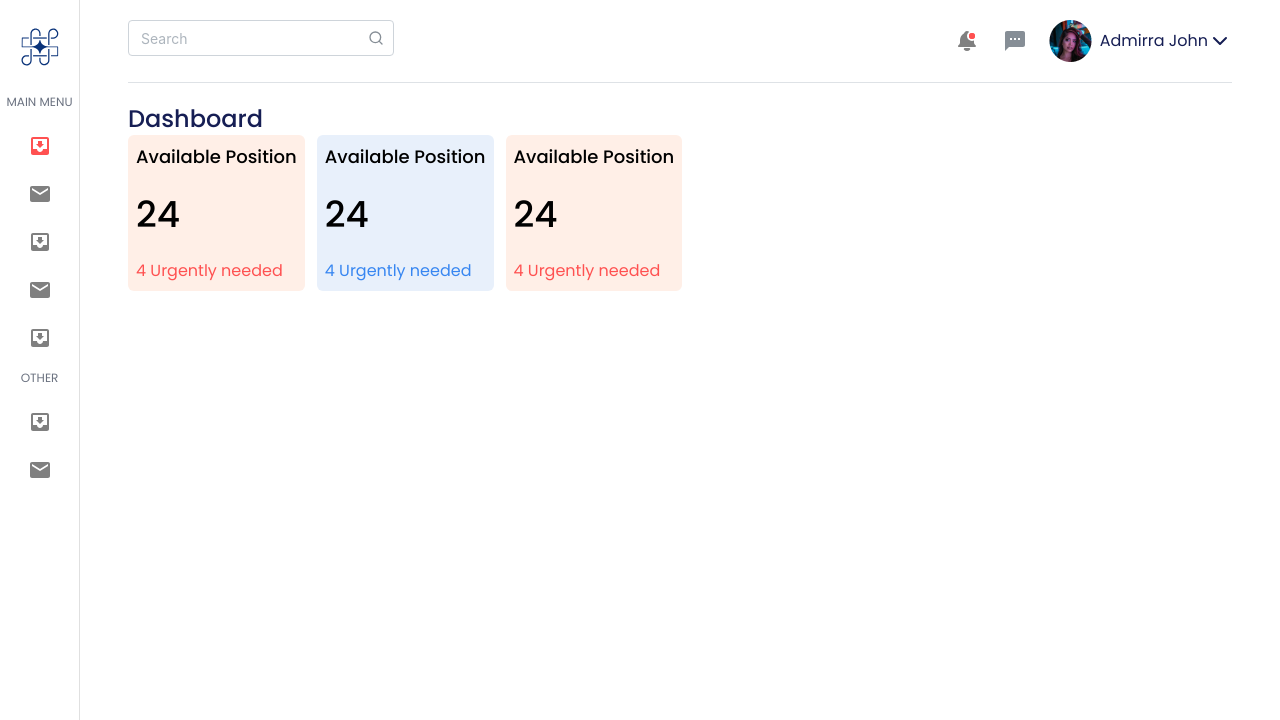
Repository: SatyaDewangan05/sample-dashboard
Page: /
An editor plug-in stored every save of this project. The page is shown before and after the next save, followed by the edit.
The browser window is 1280 px wide. The pictures show the whole page.
The project was rebuilt for these pictures with package versions that can differ from the ones it lists, and the page was loaded fresh each time. The framework's server and built-in components were replaced by stand-ins that run in the browser. Also part of the build but not shown: next.config.mjs.

Above is the page before, as saved 2024-09-21 23:58:05.

### src/app/layout.js
import localFont from "next/font/local";
import "./globals.css";
import { MantineProvider } from "@mantine/core";
import "@mantine/core/styles.css";

const geistSans = localFont({
  src: "./fonts/GeistVF.woff",
  variable: "--font-geist-sans",
  weight: "100 900",
});
const geistMono = localFont({
  src: "./fonts/GeistMonoVF.woff",
  variable: "--font-geist-mono",
  weight: "100 900",
});

import { Poppins } from "next/font/google";
const poppins = Poppins({
  weight: ["400", "500", "600", "700"], // You can choose different weights like '300', '500' etc.
  subsets: ["latin"],
});

export const metadata = {
  title: "Create Next App",
  description: "Generated by create next app",
};

export default function RootLayout({ children }) {
  return (
    <html lang="en">
      <body className={`${poppins.className} antialiased bg-white`}>
        <MantineProvider>{children}</MantineProvider>
      </body>
    </html>
  );
}

### src/app/page.jsx
import Image from "next/image";
import MiniDrawer from "./components/Drawer";
import {
  ActionIcon,
  Anchor,
  Avatar,
  Divider,
  Indicator,
  TextInput,
  Title,
} from "@mantine/core";
import { Search } from "lucide-react";
import {
  IconBellFilled,
  IconChevronCompactDown,
  IconChevronDown,
} from "@tabler/icons-react";
import TextsmsIcon from "@mui/icons-material/Textsms";
import DP from "@/images/dp.png";
import ThreeData from "./components/card/ThreeData";

export default function Home() {
  return (
    <div className="flex">
      <MiniDrawer />
      <div className="w-full px-12">
        {/* Top Bar */}
        <div className="w-full py-5 flex justify-between">
          <TextInput placeholder="Search" rightSection={<Search size={16} />} />
          <div className="flex items-center gap-5">
            <ActionIcon
              variant="transparent"
              color="gray"
              // c="black"
              aria-label="Settings"
            >
              <Indicator color="#FF5151" offset={7} withBorder>
                <IconBellFilled color="gray" />
              </Indicator>
            </ActionIcon>
            <ActionIcon
              variant="transparent"
              color="gray"
              // c="black"
              aria-label="Settings"
            >
              <TextsmsIcon color="gray" />
            </ActionIcon>
            <div className="flex gap-2 items-center">
              <Image src={DP} />
              <Anchor
                href="https://mantine.dev/"
                target="_blank"
                underline="never"
                c="#161E54"
              >
                <div className="flex items-center">
                  Admirra John
                  <IconChevronDown />
                </div>
              </Anchor>
            </div>
          </div>
        </div>
        <Divider />

        <div className="w-full py-5">
          <p className="text-2xl font-medium text-[#161E54]">Dashboard</p>
          <div className="flex gap-3">
            <ThreeData bgColor="#FFEFE7" textColor="#FF5151" />
            <ThreeData bgColor="#E8F0FB" textColor="#3786F1" />
            <ThreeData bgColor="#FFEFE7" textColor="#FF5151" />
          </div>
        </div>
      </div>
    </div>
  );
}

### src/app/globals.css
@tailwind base;
@tailwind components;
@tailwind utilities;

:root {
  --background: #ffffff;
  --foreground: #171717;
}

/* @media (prefers-color-scheme: dark) {
  :root {
    --background: #0a0a0a;
    --foreground: #ededed;
  }
} */

body {
  color: var(--foreground);
  background: var(--background);
  font-family: Arial, Helvetica, sans-serif;
}

@layer utilities {
  .text-balance {
    text-wrap: balance;
  }
}

@layer base {
  :root {
    --background: 0 0% 100%;
    --foreground: 0 0% 3.9%;
    --card: 0 0% 100%;
    --card-foreground: 0 0% 3.9%;
    --popover: 0 0% 100%;
    --popover-foreground: 0 0% 3.9%;
    --primary: 0 0% 9%;
    --primary-foreground: 0 0% 98%;
    --secondary: 0 0% 96.1%;
    --secondary-foreground: 0 0% 9%;
    --muted: 0 0% 96.1%;
    --muted-foreground: 0 0% 45.1%;
    --accent: 0 0% 96.1%;
    --accent-foreground: 0 0% 9%;
    --destructive: 0 84.2% 60.2%;
    --destructive-foreground: 0 0% 98%;
    --border: 0 0% 89.8%;
    --input: 0 0% 89.8%;
    --ring: 0 0% 3.9%;
    --chart-1: 12 76% 61%;
    --chart-2: 173 58% 39%;
    --chart-3: 197 37% 24%;
    --chart-4: 43 74% 66%;
    --chart-5: 27 87% 67%;
    --radius: 0.5rem;
  }
  .dark {
    --background: 0 0% 3.9%;
    --foreground: 0 0% 98%;
    --card: 0 0% 3.9%;
    --card-foreground: 0 0% 98%;
    --popover: 0 0% 3.9%;
    --popover-foreground: 0 0% 98%;
    --primary: 0 0% 98%;
    --primary-foreground: 0 0% 9%;
    --secondary: 0 0% 14.9%;
    --secondary-foreground: 0 0% 98%;
    --muted: 0 0% 14.9%;
    --muted-foreground: 0 0% 63.9%;
    --accent: 0 0% 14.9%;
    --accent-foreground: 0 0% 98%;
    --destructive: 0 62.8% 30.6%;
    --destructive-foreground: 0 0% 98%;
    --border: 0 0% 14.9%;
    --input: 0 0% 14.9%;
    --ring: 0 0% 83.1%;
    --chart-1: 220 70% 50%;
    --chart-2: 160 60% 45%;
    --chart-3: 30 80% 55%;
    --chart-4: 280 65% 60%;
    --chart-5: 340 75% 55%;
  }
}

@layer base {
  * {
    @apply border-border;
  }
  body {
    @apply bg-background text-foreground;
  }
}

### src/app/components/Drawer.jsx
"use client";

import { styled } from "@mui/material/styles";
import MuiDrawer from "@mui/material/Drawer";
import List from "@mui/material/List";
import IconButton from "@mui/material/IconButton";
import MenuIcon from "@mui/icons-material/Menu";

import ListItem from "@mui/material/ListItem";
import ListItemButton from "@mui/material/ListItemButton";
import ListItemIcon from "@mui/material/ListItemIcon";
import ListItemText from "@mui/material/ListItemText";
import InboxIcon from "@mui/icons-material/MoveToInbox";
import MailIcon from "@mui/icons-material/Mail";
import { useState } from "react";
import Image from "next/image";

import Logo from "@/images/logo.svg";
import LogoWithName from "@/images/logo_with_name.png";

const drawerWidth = 220;

const openedMixin = (theme) => ({
  width: drawerWidth,
  transition: theme.transitions.create("width", {
    easing: theme.transitions.easing.sharp,
    duration: theme.transitions.duration.enteringScreen,
  }),
  overflowX: "hidden",
});

const closedMixin = (theme) => ({
  transition: theme.transitions.create("width", {
    easing: theme.transitions.easing.sharp,
    duration: theme.transitions.duration.leavingScreen,
  }),
  overflowX: "hidden",
  width: "80px",
  [theme.breakpoints.up("sm")]: {
    width: "80px",
  },
});

const DrawerHeader = styled("div")(({ theme }) => ({
  display: "flex",
  alignItems: "center",
  justifyContent: "center",
  padding: "20px",
  // necessary for content to be below app bar
  ...theme.mixins.toolbar,
}));

const Drawer = styled(MuiDrawer, {
  shouldForwardProp: (prop) => prop !== "open",
})(({ theme }) => ({
  width: drawerWidth,
  flexShrink: 0,
  whiteSpace: "nowrap",
  boxSizing: "border-box",
  variants: [
    {
      props: ({ open }) => open,
      style: {
        ...openedMixin(theme),
        "& .MuiDrawer-paper": openedMixin(theme),
      },
    },
    {
      props: ({ open }) => !open,
      style: {
        ...closedMixin(theme),
        "& .MuiDrawer-paper": closedMixin(theme),
      },
    },
  ],
}));

export default function MiniDrawer() {
  const [open, setOpen] = useState(false);

  const [active, setActive] = useState("Dashboard");

  return (
    <Drawer variant="permanent" open={open}>
      <DrawerHeader>
        <IconButton onClick={() => setOpen((prevState) => !prevState)}>
          {open ? (
            <Image src={LogoWithName} alt="Images" />
          ) : (
            <Image className="mx-auto" src={Logo} alt="Images" />
          )}
        </IconButton>
      </DrawerHeader>
      <p
        className={`h-5 uppercase text-xs  text-gray-500 ${
          open ? "pl-5" : "text-center"
        }`}
      >
        Main Menu
      </p>
      <List>
        {["Dashboard", "Recruitment", "Schedule", "Employee", "Department"].map(
          (text, index) => (
            <ListItem key={text} disablePadding sx={{ display: "block" }}>
              <ListItemButton
                sx={[
                  {
                    minHeight: 48,
                    px: 2,
                    color: active === text ? "#FF5151" : "unset",
                  },
                  open
                    ? {
                        justifyContent: "initial",
                      }
                    : {
                        justifyContent: "center",
                      },
                ]}
                onClick={() => setActive(text)}
              >
                <ListItemIcon
                  sx={[
                    {
                      //   minWidth: 0,
                      justifyContent: "center",
                      color: active === text ? "#FF5151" : "gray",
                    },
                    open
                      ? {
                          mr: 2,
                        }
                      : {
                          mx: "auto",
                        },
                  ]}
                >
                  {index % 2 === 0 ? <InboxIcon /> : <MailIcon />}
                </ListItemIcon>
                <ListItemText
                  primary={text}
                  sx={[
                    open
                      ? {
                          opacity: 1,
                        }
                      : {
                          opacity: 0,
                        },
                  ]}
                />
              </ListItemButton>
            </ListItem>
          )
        )}
      </List>
      <p
        className={`h-5 uppercase text-xs text-gray-500 ${
          open ? " pl-5" : "text-center"
        }`}
      >
        Other
      </p>
      <List>
        {["Support", "Settings"].map((text, index) => (
          <ListItem key={text} disablePadding sx={{ display: "block" }}>
            <ListItemButton
              sx={[
                {
                  minHeight: 48,
                  px: 2,
                },
                open
                  ? {
                      justifyContent: "initial",
                    }
                  : {
                      justifyContent: "center",
                    },
              ]}
              onClick={() => setActive(text)}
            >
              <ListItemIcon
                sx={[
                  {
                    justifyContent: "center",
                    color: active === text ? "#FF5151" : "gray",
                  },
                  open
                    ? {
                        mr: 2,
                      }
                    : {
                        mx: "auto",
                      },
                ]}
              >
                {index % 2 === 0 ? <InboxIcon /> : <MailIcon />}
              </ListItemIcon>
              <ListItemText
                primary={text}
                sx={[
                  open
                    ? {
                        opacity: 1,
                      }
                    : {
                        opacity: 0,
                      },
                ]}
              />
            </ListItemButton>
          </ListItem>
        ))}
      </List>
    </Drawer>
  );
}

### src/app/components/card/ThreeData.jsx
const ThreeData = ({ bgColor, textColor }) => {
  return (
    <div
      className="p-2 rounded-md flex flex-col gap-4"
      style={{ backgroundColor: bgColor ? bgColor : "gray" }}
    >
      <p className="text-lg font-medium">Available Position</p>
      <p className="text-[36px] font-medium">24</p>
      <p
        className="text-base"
        style={{ color: textColor ? textColor : "white" }}
      >
        4 Urgently needed
      </p>
    </div>
  );
};

export default ThreeData;

Loaded but not shown: tailwind.config.js (common file)

After the next save:
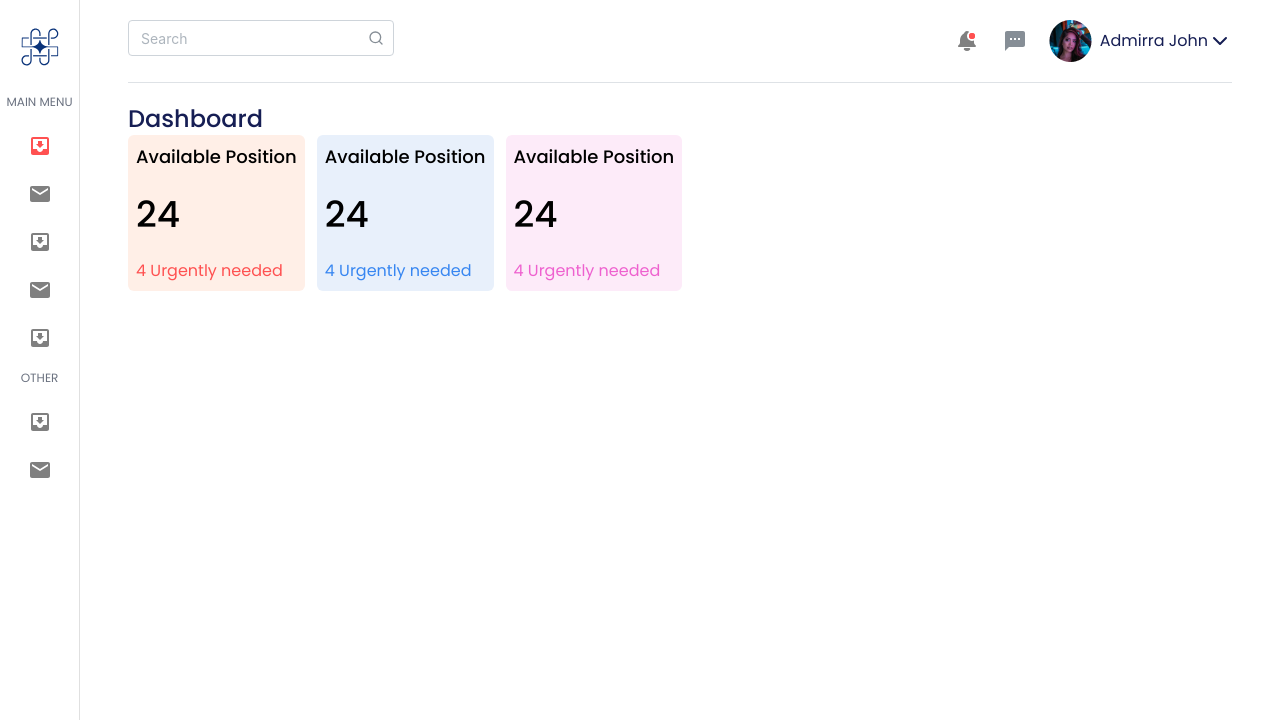
Saved 45 s later.
--- a/src/app/page.jsx
+++ b/src/app/page.jsx
@@ -69,7 +69,7 @@ export default function Home() {
           <div className="flex gap-3">
             <ThreeData bgColor="#FFEFE7" textColor="#FF5151" />
             <ThreeData bgColor="#E8F0FB" textColor="#3786F1" />
-            <ThreeData bgColor="#FFEFE7" textColor="#FF5151" />
+            <ThreeData bgColor="#FDEBF9" textColor="#EE61CF" />
           </div>
         </div>
       </div>
